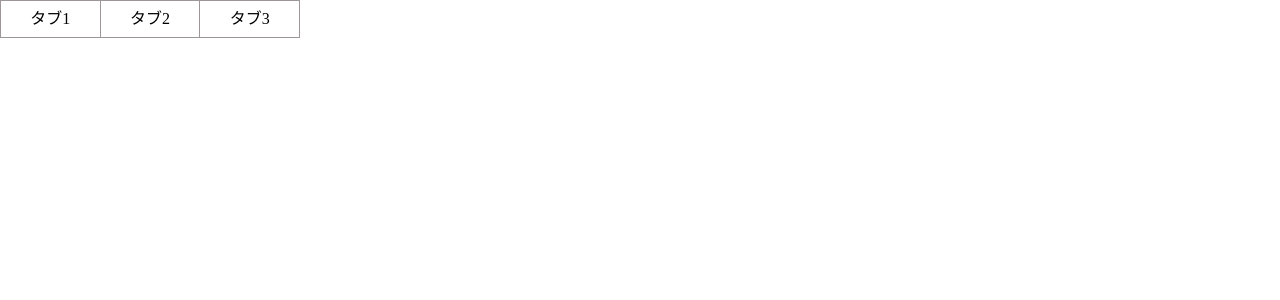
Repository: masanarimiura/20220617_miura
Page: index.html
These files come from the project's save history. The page is drawn as it stood at one moment and after a run of saves; the edit follows.
The browser window is 1280 px wide. The pictures show the whole page.

Above is the page before, as saved 2022-06-17 18:08:50.

After the next 2 saves:
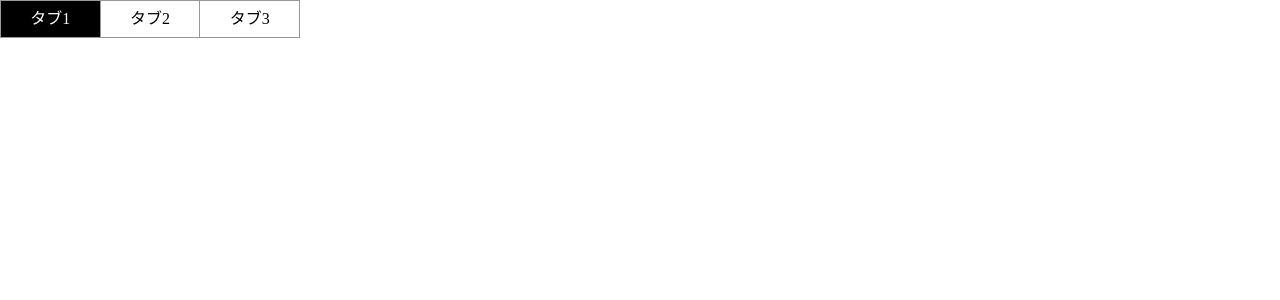
The 2 saves are shown as one change because they came seconds apart.
The last was saved 68 s later.
--- a/index.html
+++ b/index.html
@@ -230,7 +230,7 @@
       el: '#tab',
       data() {
         return {
-          tabMenuItem1: 'tabMenuItem',
+          tabMenuItem1: 'tabMenuItem active',
           tabMenuItem2: 'tabMenuItem',
           tabMenuItem3: 'tabMenuItem',
           tabContentItem1: 'tabContentItem',
